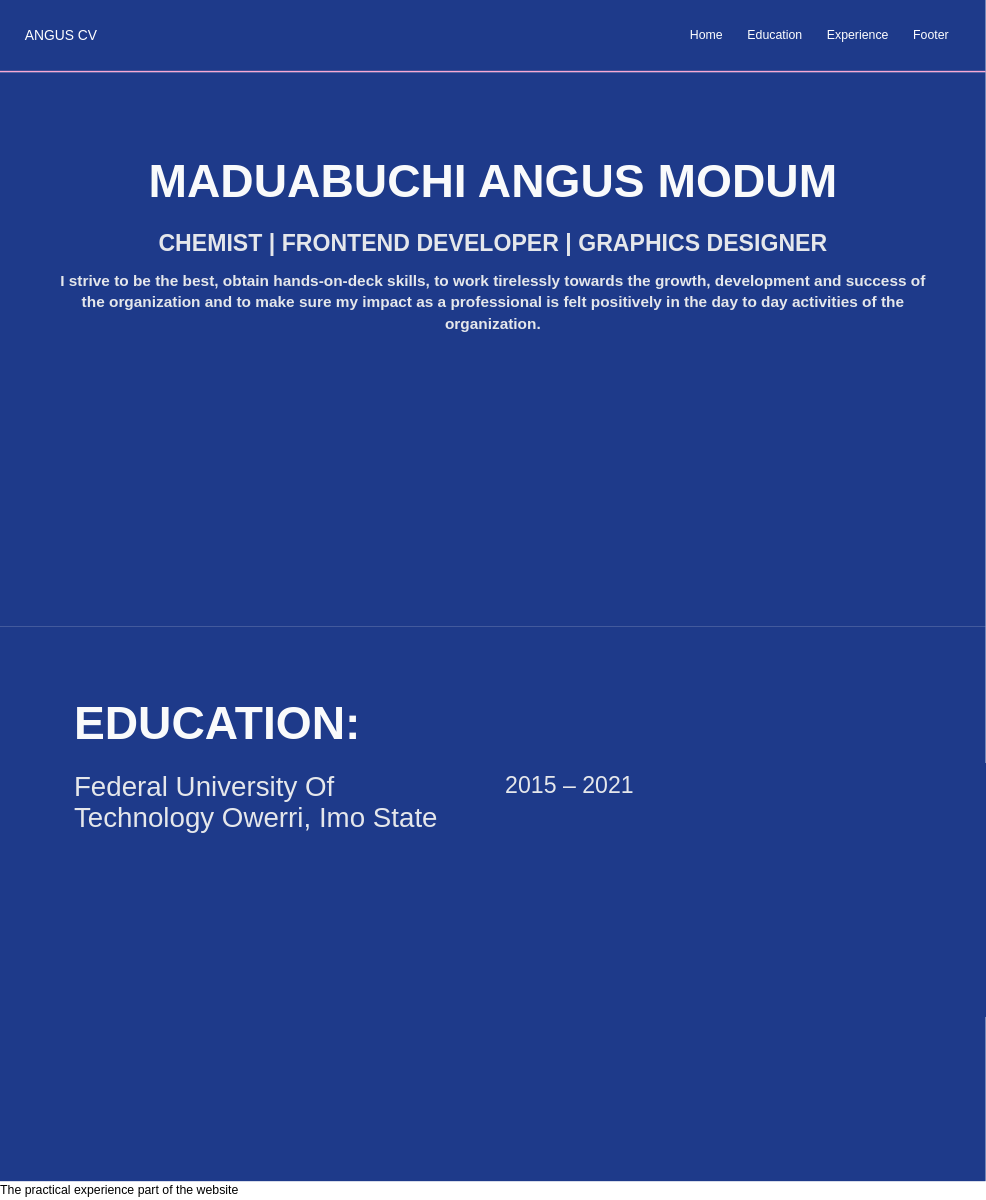
Repository: AngusOnyebuchi/AngusOnyebuchi.github.io
Page: /
The author's editor kept a copy of each file at every save. The page is drawn from the files as they stood at one save, then again after the next save.
The browser window is 1280 px wide. The pictures show the whole page, at 77% of full size.
The project was rebuilt for these pictures with package versions that can differ from the ones it lists, and the page was loaded fresh each time.

Above is the page before, as saved 2022-04-17 19:28:35.

### public/index.html
<!DOCTYPE html>
<html lang="en">
  <head>
    <meta charset="utf-8" />
    <link rel="icon" href="%PUBLIC_URL%/favicon.ico" />
    <meta name="viewport" content="width=device-width, initial-scale=1" />
    <meta name="theme-color" content="#000000" />
    <meta
      name="description"
      content="Web site created using create-react-app"
    />
    <link rel="apple-touch-icon" href="%PUBLIC_URL%/logo192.png" />
    <!--
      manifest.json provides metadata used when your web app is installed on a
      user's mobile device or desktop. See https://developers.google.com/web/fundamentals/web-app-manifest/
    -->
    <link rel="manifest" href="%PUBLIC_URL%/manifest.json" />
    <!--
      Notice the use of %PUBLIC_URL% in the tags above.
      It will be replaced with the URL of the `public` folder during the build.
      Only files inside the `public` folder can be referenced from the HTML.

      Unlike "/favicon.ico" or "favicon.ico", "%PUBLIC_URL%/favicon.ico" will
      work correctly both with client-side routing and a non-root public URL.
      Learn how to configure a non-root public URL by running `npm run build`.
    -->
    <title>Angus CV </title>
  </head>
  <body>
    <noscript>You need to enable JavaScript to run this app.</noscript>
    <div id="root"></div>
    <!--
      This HTML file is a template.
      If you open it directly in the browser, you will see an empty page.

      You can add webfonts, meta tags, or analytics to this file.
      The build step will place the bundled scripts into the <body> tag.

      To begin the development, run `npm start` or `yarn start`.
      To create a production bundle, use `npm run build` or `yarn build`.
    -->
  </body>
</html>

### src/index.js
import React from "react";
import ReactDOM from "react-dom";
import "./style.css"
import App from "./App";

ReactDOM.render(<App/>, document.getElementById("root"))

### src/style.css
@tailwind base;
@tailwind components;
@tailwind utilities;

@layer base {
    body{
        @apply font-[Sans-serif];
    }
    li {
        @apply px-4;
        @apply cursor-pointer;
    }
}

### src/App.js
import React from "react";
import Home from "./components/Home"
import Education from "./components/Education";
import Experience from "./components/Experience";
import NavBar from "./components/NavBar";

export default function App() {
  return (
    <div>
      <NavBar/>
      <Home/>
      <Education/>
      <Experience/>
    </div>
  )
}

### src/components/Home.js
import React from "react";
import {FaWhatsapp, FaLocationArrow, FaSearchLocation} from "react-icons/fa"
import {HiOutlineMail} from "react-icons/hi"

export default function Home() {
    return (
        <div className="w-full h-screen p-4 bg-blue-900 text-gray-200">
            <h1 className="text-4xl md:text-6xl font-bold uppercase pt-24 text-center text-gray-50">Maduabuchi Angus Modum</h1>
            <h3 className="text-xl md:text-3xl font-bold uppercase pt-8 text-center">Chemist  |  Frontend Developer  |  Graphics Designer</h3>
            <p className="font-bold text-center justify-center text-lg md:text-xl max-w-[1200px] mx-12 mt-4">I strive to be the best, obtain hands-on-deck skills,
                to work tirelessly towards the growth, development and success of the organization and to make sure my impact
                as a professional is felt positively in the day to day activities of the organization.</p>

        </div>
    )
}

### src/components/Education.js
import React from "react";

export default function Education() {
    return(
        <div className="bg-blue-900 w-full h-screen text-gray-200">
            <h1 className="text-4xl md:text-6xl font-bold uppercase pt-24 text-left ml-24 text-gray-50">Education:</h1>
            <div className="grid grid-cols-2 gap-8 mx-16 p-8">
                <h3 className="capitalize text-xl md:text-4xl ">Federal university of technology owerri, Imo state</h3>
                <h4 className="text-lg md:text-3xl ">2015 – 2021</h4>
            </div>
        </div>
    )
}

### src/components/Experience.js
import React from "react";

export default function Experience() {
    return(
        <div>
            <h1>The practical experience part of the website</h1>
        </div>
    )
}

### src/components/NavBar.js
import React, {useState} from "react";
import {FaTimes, FaBars} from "react-icons/fa"

export default function NavBar() {

    const [nav, setNav] = useState(true)
    const toggle = () => setNav(!nav)

    return(
        <div className="bg-blue-900 text-white w-full p-8 flex justify-between items-center border-b-2 border-pink-300">
            <h1 className="uppercase text-lg">Angus CV</h1>

            <ul className=" hidden sm:flex justify-between">
                <li className="hover:border-b-2 border-pink-300 ">Home</li>
                <li className="hover:border-b-2 border-pink-300 ">Education</li>
                <li className="hover:border-b-2 border-pink-300 ">Experience</li>
                <li className="hover:border-b-2 border-pink-300 ">Footer</li>
            </ul>

            {/** Mobile list */}
            <div onClick={toggle} className="sm:hidden z-10">
                {nav ? <FaBars/> : <FaTimes/>}
            </div>
            <ul className={nav ? 'hidden' : 'absolute top-0 left-0 w-full h-screen bg-inherit flex flex-col justify-center items-center my-8 sm:hidden'}>
                    <li>Home</li>
                    <li>Education</li>
                    <li>Experience</li>
                    <li>Footer</li>
            </ul>
        </div>
    )
}

Loaded but not shown: tailwind.config.js (common file)

After the next save:
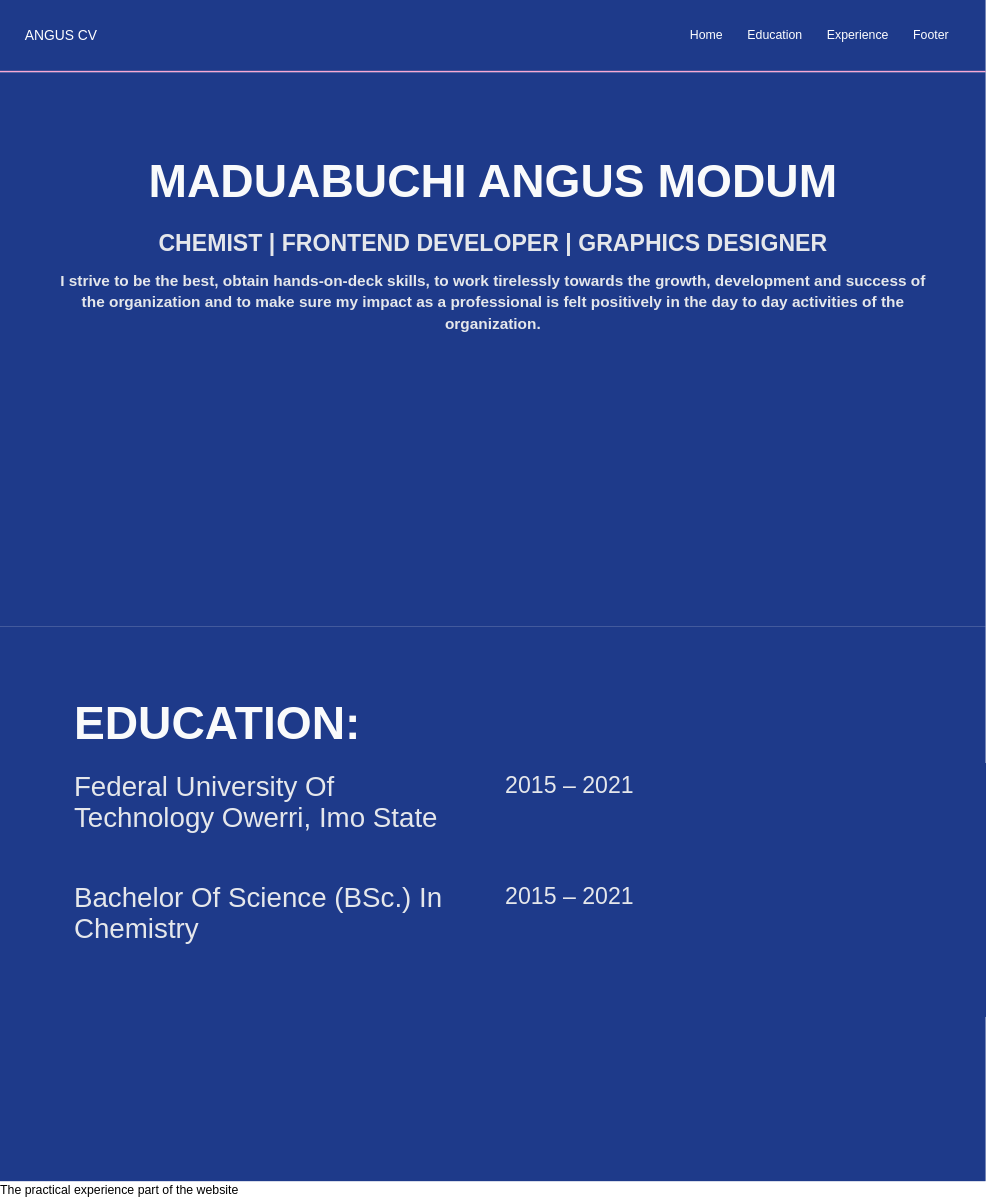
Saved 101 s later.
--- a/src/components/Education.js
+++ b/src/components/Education.js
@@ -8,6 +8,10 @@ export default function Education() {
                 <h3 className="capitalize text-xl md:text-4xl ">Federal university of technology owerri, Imo state</h3>
                 <h4 className="text-lg md:text-3xl ">2015 – 2021</h4>
             </div>
+            <div className="grid grid-cols-2 gap-8 mx-16 p-8">
+                <h3 className="capitalize text-xl md:text-4xl ">Bachelor of Science (BSc.) in Chemistry</h3>
+                <h4 className="text-lg md:text-3xl ">2015 – 2021</h4>
+            </div>
         </div>
     )
 }
